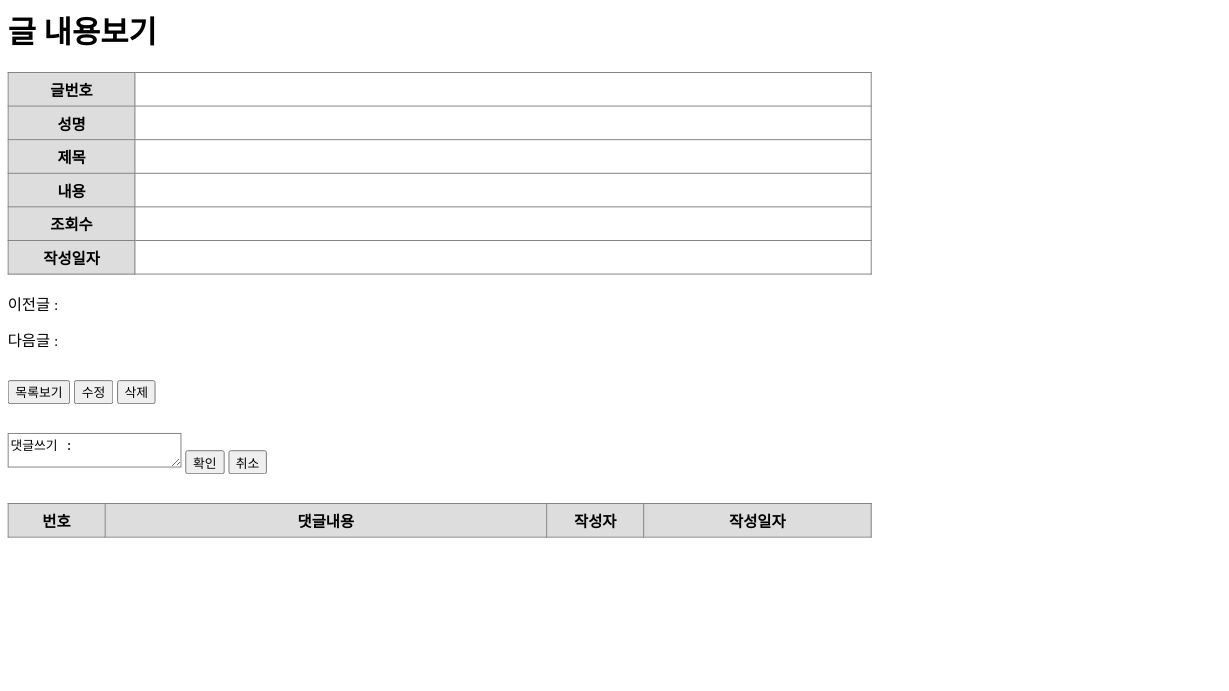
Repository: gold37/Spring
Page: http://localhost/Board/WEB-INF/views/tiles1/board/view.jsp
The author's editor kept a copy of each file at every save. The page is drawn from the files as they stood at one save, then again after the next save.
The browser window is 1280 px wide. The pictures show the whole page, at 96% of full size.
The page is served by Tomcat 9. Nobody is signed in. The template is opened directly, without the code that normally fills it, so the values that code supplies are empty.

Above is the page before, as saved 2020-07-17 06:43:09.
Console error: ReferenceError: $ is not defined

After the next save:
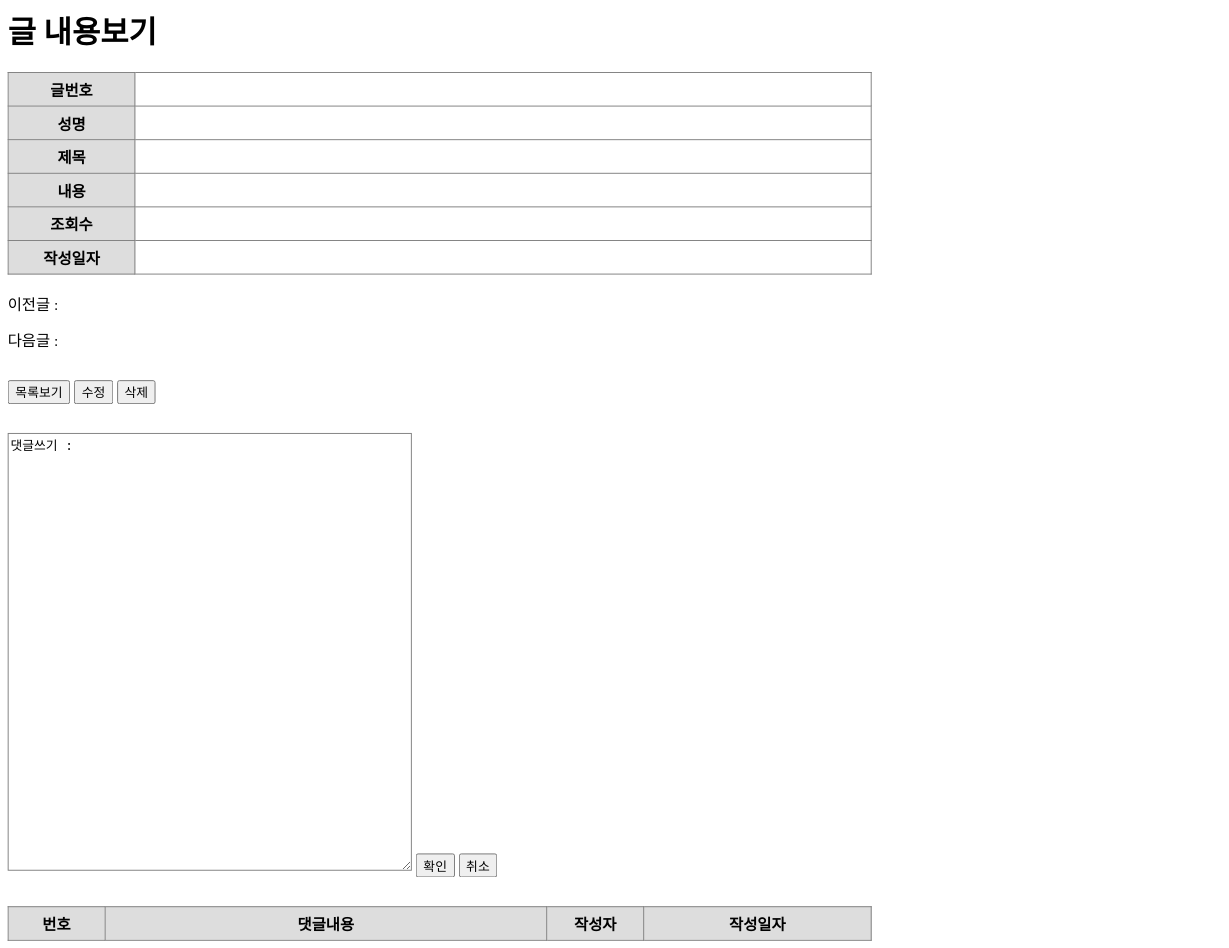
Saved 6 s later.
--- a/springworkspace/Board/src/main/webapp/WEB-INF/views/tiles1/board/view.jsp
+++ b/springworkspace/Board/src/main/webapp/WEB-INF/views/tiles1/board/view.jsp
@@ -96,7 +96,7 @@ a {text-decoration: none !important;}
 
 
 	<div style="margin-top: 30px;">
-		<textarea rows="" cols="">댓글쓰기 :</textarea>
+		<textarea rows="30" cols="50">댓글쓰기 :</textarea>
 		<button>확인</button>
 		<button>취소</button>
 	</div>
